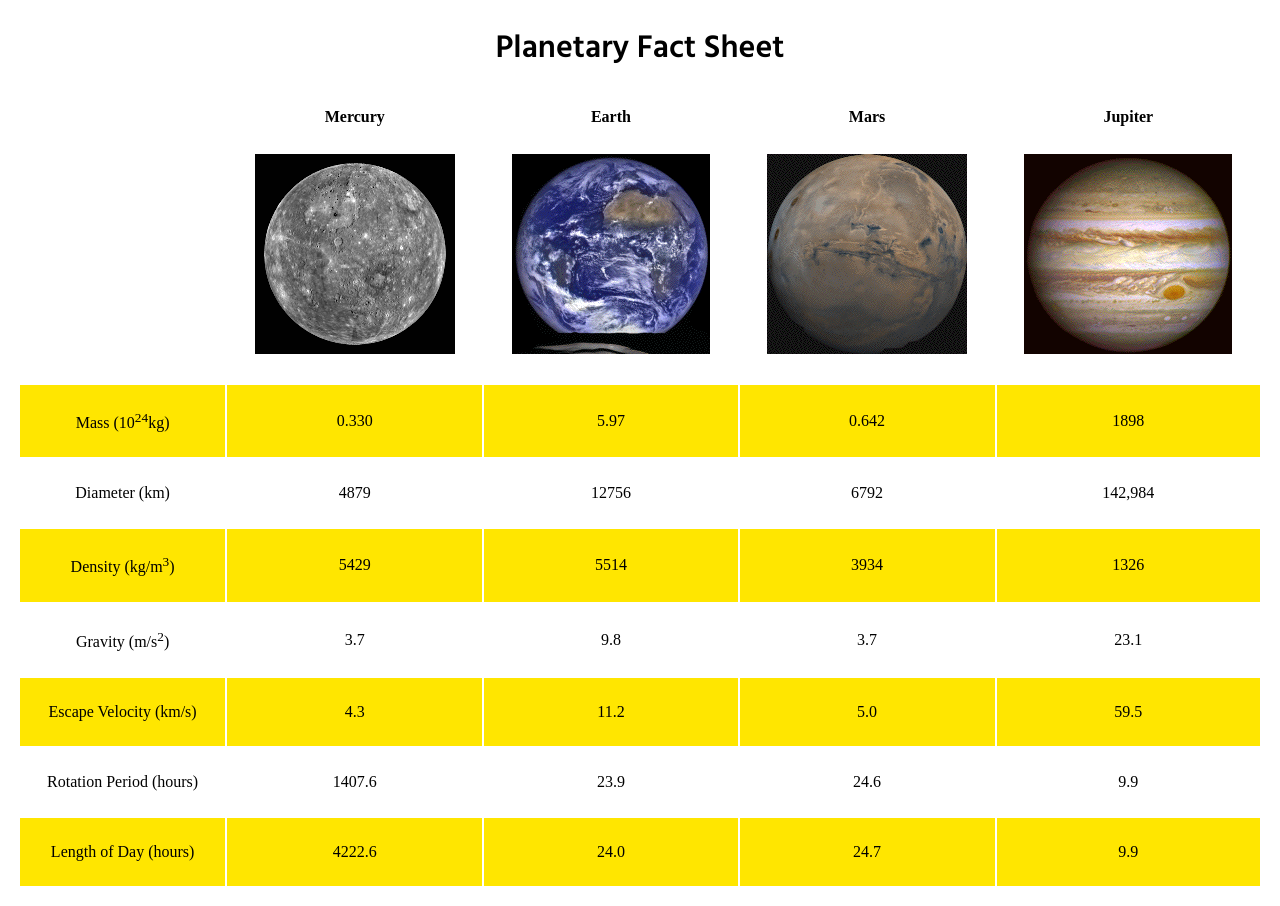
Repository: rishondass/ITMD361-Lab5
Page: index.html
An editor plug-in stored every save of this project. The page is shown before and after a run of saves, followed by the edit.
The browser window is 1280 px wide. The pictures show the whole page.

Above is the page before, as saved 2023-02-22 19:24:35.

### index.html
<!DOCTYPE html>
<html lang="en">
<head>
  <meta charset="utf-8">
  <title>Planetary Fact Sheet</title>
  <link rel="stylesheet" href="css/style.css">
  <link rel="preconnect" href="https://fonts.googleapis.com">
  <link rel="preconnect" href="https://fonts.gstatic.com" crossorigin>
  <link href="https://fonts.googleapis.com/css2?family=Hind+Siliguri:wght@600&family=Work+Sans&display=swap" rel="stylesheet">
</head>
<body>
  <h1 id="pageTitle">Planetary Fact Sheet</h1>
  <table id="planets">
    <thead>
      <tr>
        <th></th>
        <th>Mercury</th>
        <th>Earth</th>
        <th>Mars</th>
        <th>Jupiter</th>
      </tr>
    </thead>
    <tbody>
      <tr>
        <td></td>
        <td><img src="images/mercury.gif" alt="image_of_Mercury"></td>
        <td><img src="images/earth.gif" alt="image_of_Earth"></td>
        <td><img src="images/mars.gif" alt="image_of_Mars"></td>
        <td><img src="images/jupiter.gif" alt="image_of_Jupiter"></td>
      </tr>
      <tr class="data">
        <td>Mass (10<sup>24</sup>kg)</td>
        <td>0.330</td>
        <td>5.97</td>
        <td>0.642</td>
        <td>1898</td>
      </tr>
      <tr class="data">
        <td>Diameter (km)</td>
        <td>4879</td>
        <td>12756</td>
        <td>6792</td>
        <td>142,984</td>
      </tr>
      <tr class="data">
        <td>Density (kg/m<sup>3</sup>)</td>
        <td>5429</td>
        <td>5514</td>
        <td>3934</td>
        <td>1326</td>
      </tr>
      <tr class="data">
        <td>Gravity (m/s<sup>2</sup>)</td>
        <td>3.7</td>
        <td>9.8</td>
        <td>3.7</td>
        <td>23.1</td>
      </tr>
      <tr class="data">
        <td>Escape Velocity (km/s)</td>
        <td>4.3</td>
        <td>11.2</td>
        <td>5.0</td>
        <td>59.5</td>
      </tr>
      <tr class="data">
        <td>Rotation Period (hours)</td>
        <td>1407.6</td>
        <td>23.9</td>
        <td>24.6</td>
        <td>9.9</td>
      </tr>
      <tr class="data">
        <td>Length of Day (hours)</td>
        <td>4222.6</td>
        <td>24.0</td>
        <td>24.7</td>
        <td>9.9</td>
      </tr>
    </tbody>
  </table>
</body>

### css/style.css

#pageTitle {
  font-family: 'Hind Siliguri', sans-serif;
  text-align: center;
  font-weight:800;
}

#planets {
	border: none;
  padding: 10px;
  /* background-color: aqua; */
  width: 100%;
  text-align: center;
  /* height: 80vh; */
}

#planets tr td{
  padding: 25px;
}

#planets tr:nth-child(even){
  background-color: rgb(255, 230, 0);
}

After the next 2 saves:
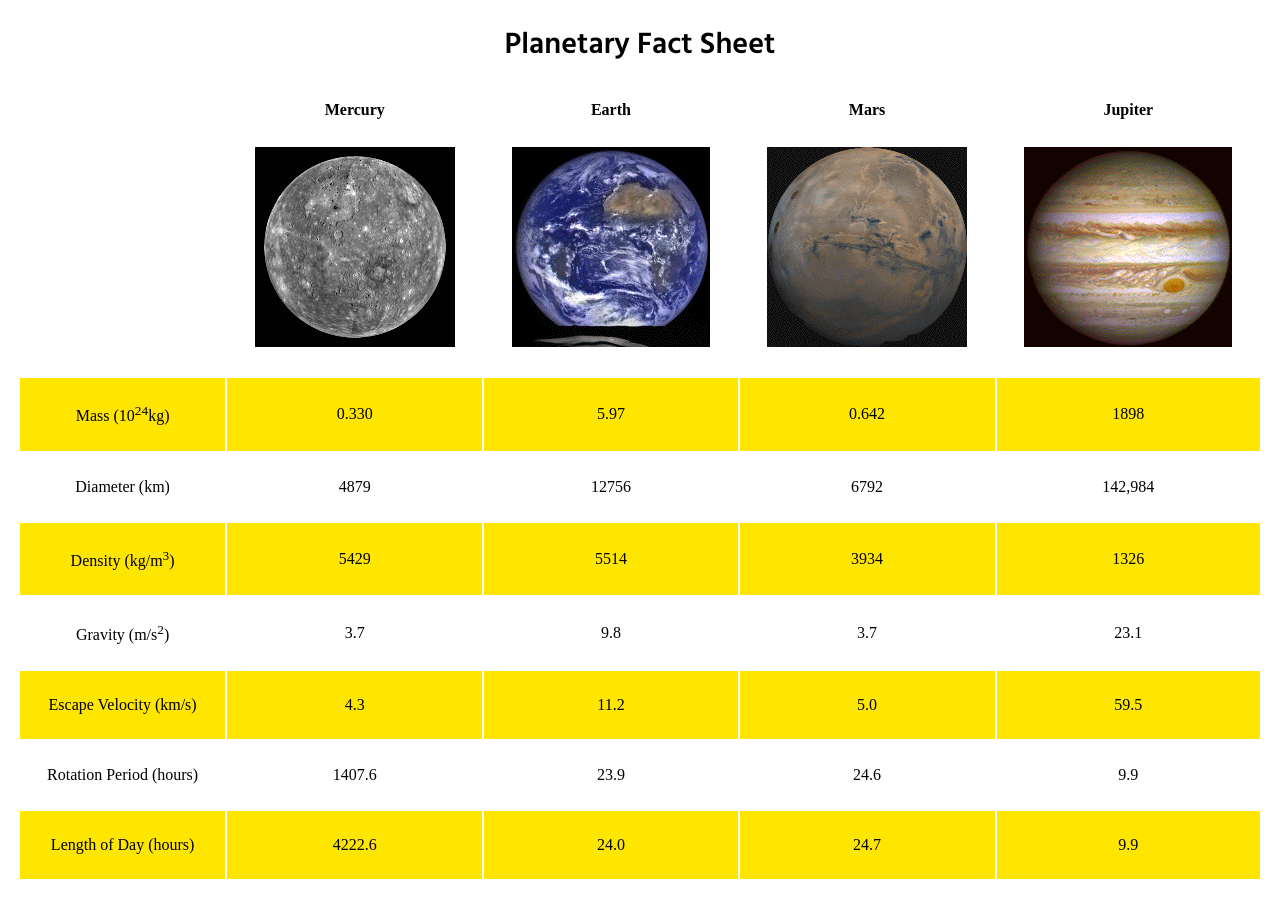
The 2 saves are shown as one change because they came seconds apart.
The last was saved 8 s later.
--- a/css/style.css
+++ b/css/style.css
@@ -2,7 +2,7 @@
 #pageTitle {
   font-family: 'Hind Siliguri', sans-serif;
   text-align: center;
-  font-weight:800;
+  font-size: 30px;
 }
 
 #planets {

After the 2 saves that followed:
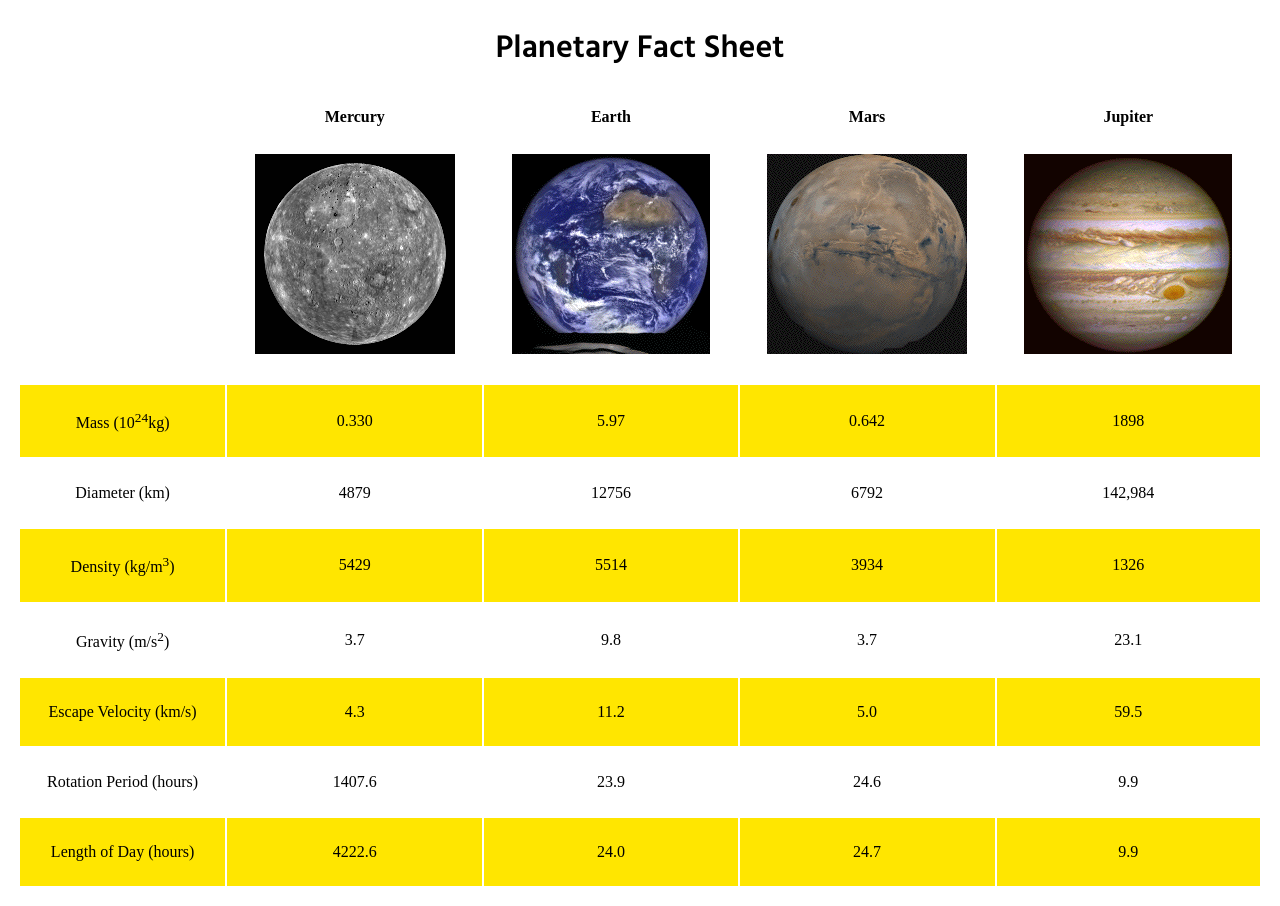
The 2 saves are shown as one change because they came seconds apart.
The last was saved 9 s later.
--- a/css/style.css
+++ b/css/style.css
@@ -2,7 +2,7 @@
 #pageTitle {
   font-family: 'Hind Siliguri', sans-serif;
   text-align: center;
-  font-size: 30px;
+  font-size:xx-large;
 }
 
 #planets {
